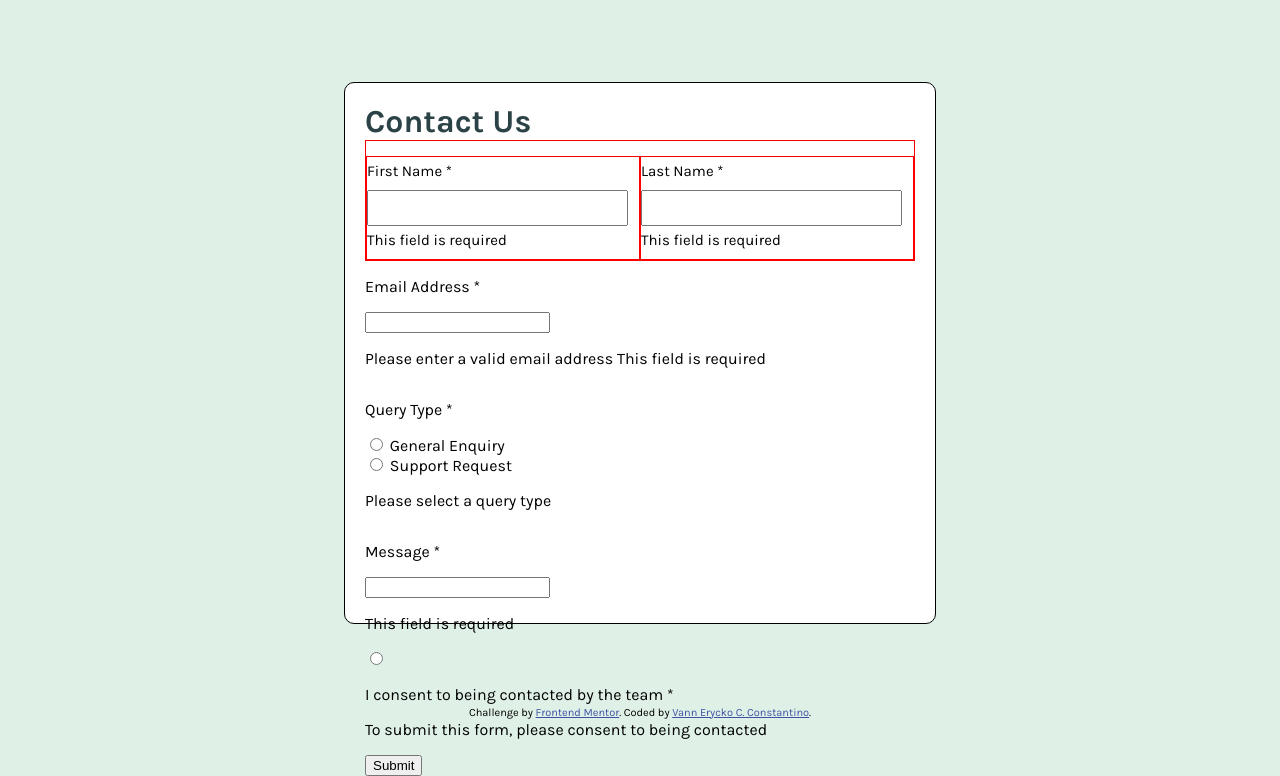
Repository: kocokoy/contact-form
Page: contact-form-main/index.html
An editor plug-in stored every save of this project. The page is shown before and after the next save, followed by the edit.
The browser window is 1280 px wide. The pictures show the whole page.

Above is the page before, as saved 2024-10-24 09:12:28.

After the next save:
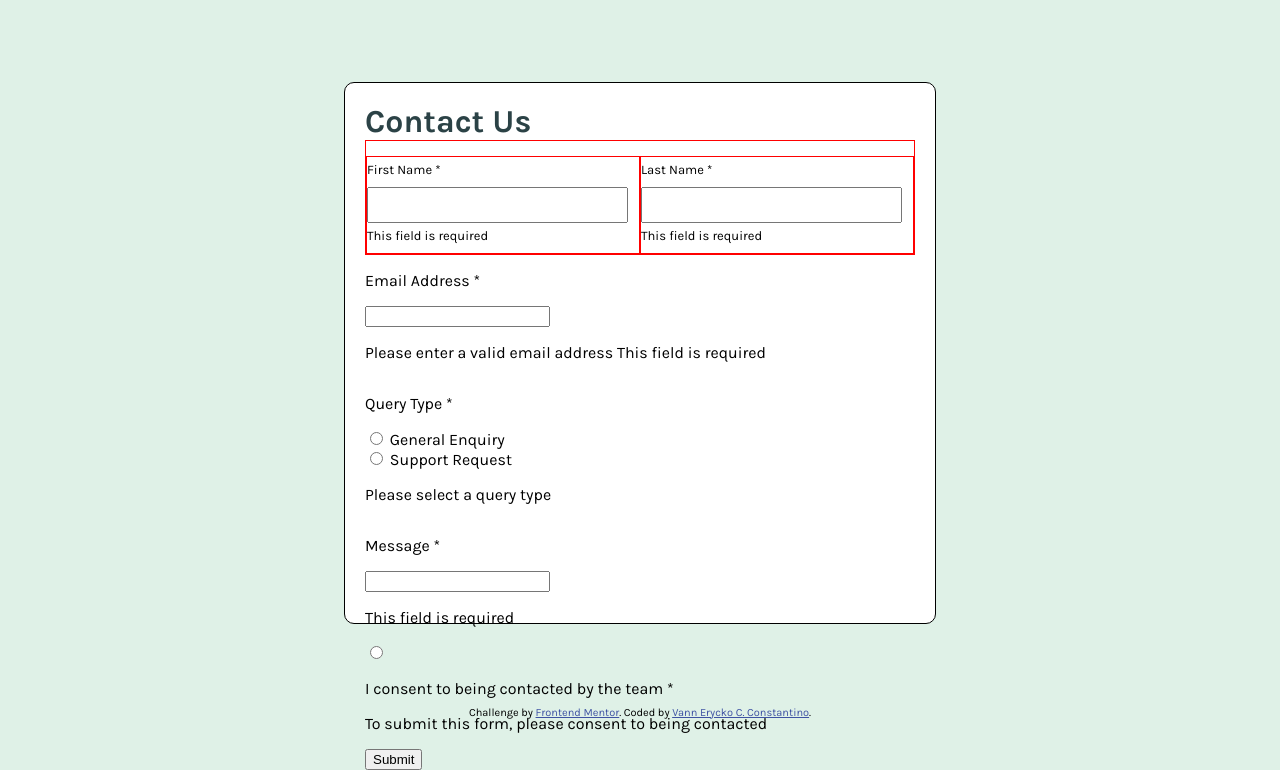
Saved 12 s later.
--- a/contact-form-main/styles/style.css
+++ b/contact-form-main/styles/style.css
@@ -53,7 +53,7 @@ body{
   /* border: 1px solid red; */
   margin: 5px 0;
   padding-bottom: 5px;
-  font-size: 15px;
+  font-size: 13px;
   font-weight: 400;
 }
 
